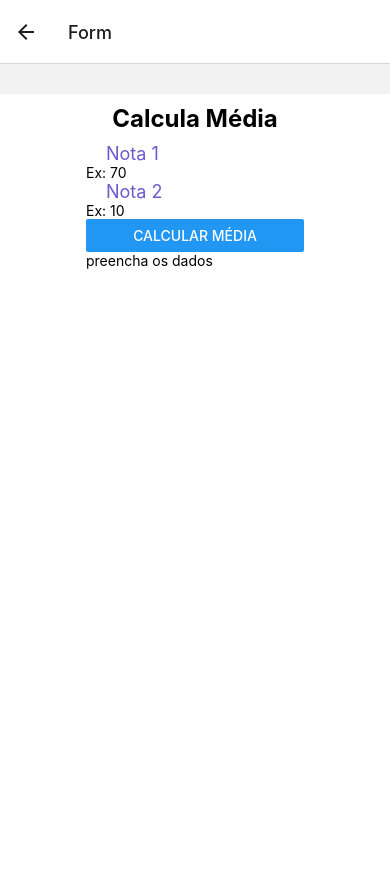
Repository: DS151-UFPR-2023/DS151_Israel-De-Quadros_EX4
Screen: /Form
These files come from the project's save history. The screen is drawn as it stood at one moment and after the next save; the edit follows.
The app was drawn by React Native's web renderer in a window 390 px wide. The project was rebuilt for these pictures with package versions that can differ from the ones it lists, and the page was loaded fresh each time. Also part of the build but not shown: src/components/main/index.js, src/components/novoComponente/index.js, src/components/counterScreen.js, src/components/ColorList.js.

Above is the screen before, as saved 2023-09-08 18:28:50.

### App.js
import { StatusBar } from 'expo-status-bar';
import { StyleSheet, Text, View } from 'react-native';
import Title from './src/components/title';
import Main from './src/components/main';
import Home2 from './src/components/novoComponente';
import { NavigationContainer } from '@react-navigation/native';
import { createStackNavigator } from '@react-navigation/stack';
import HomeScreen from './src/HomeScreen';
import CounterScreen from './src/components/counterScreen';
import Form from './src/components/form';
import ColorList from './src/components/ColorList';

const Stack = createStackNavigator();

export default function App() {
  return (
    <NavigationContainer>
      <Stack.Navigator>
        <Stack.Screen name="Home" component={HomeScreen} />
        <Stack.Screen name="Home2" component={Home2} />
        <Stack.Screen name="CounterScreen" component={CounterScreen} />
        <Stack.Screen name="Form" component={Form} />
        <Stack.Screen name="ColorList" component={ColorList} />
      </Stack.Navigator>
    </NavigationContainer>
  );
}

const styles = StyleSheet.create({
  container: {
    flex: 1,
    backgroundColor: '#999',
    alignItems: 'center',
    justifyContent: 'center',
  },
});

### src/components/title/index.js
import React from "react"
import { View, Text } from "react-native"
import styles from "../style";

export default function Title() {
    return (
        <View style={styles.boxTitle}>
            <Text style={styles.textTitle}>Calcula Média</Text>
        </View>
    );
}

### src/HomeScreen.js
import React from "react";
import { View, Text, StyleSheet, Button } from 'react-native';

function HomeScreen({ navigation }) {
    return (
        <View style={style.mainView}>
            <Text>Home Screen</Text>
            <Button title="Ir para Galeria!"
                onPress={() => navigation.navigate('Home2')}
            />
            <Button title="Ir para Counter!"
                onPress={() => navigation.navigate('CounterScreen')}
            />
            <Button title="Ir para Form!"
                onPress={() => navigation.navigate('Form')}
            />
            <Button title="Ir para ColorList!"
                onPress={() => navigation.navigate('ColorList')}
            />
        </View>
    )
}

export default HomeScreen;

const style = StyleSheet.create({
    mainView: {
        flex: 1,
        alignItems: 'center',
        justifyContent: 'center'
    }
})

### src/components/form/index.js
import { View, Text, TextInput, Button } from "react-native";
import React, { useState } from "react";
import ResultMedia from "../result";
import Title from "../title";
import styles from "../style";

export default function Form() {

    const [media1, setmedia1] = useState(null)
    const [media2, setmedia2] = useState(null)
    const [messagemedia, setMessagemedia] = useState("preencha os dados")
    const [media, setmedia] = useState(null)
    const [textButton, setTextButton] = useState("Calcular")

    function validationmedia() {
        if (media2 != null && media1 != null) {
            mediaCalculator()
            setMessagemedia("seu media eh igual: " +  media + "\nTem que clicar duas vezes\npra atualizar a mensagem hehe")
            setTextButton("Calcular Novamente")
            return
        }
        setmedia(null)
        setTextButton("Calcular")
        setMessagemedia("preencha os dados")
    }

    function mediaCalculator() {
        setMessagemedia("seu media eh igual: " + media)
        return setmedia(((parseFloat(media1) + parseFloat(media2))/2))
    }


    return (
        //conteudo do formulario
        <View style={styles.formContext}>
            <Title/>
            <View>
                <Text style={styles.formLabel}>Nota 1</Text>
                <TextInput onChangeText={setmedia1} value={media1} placeholder="Ex: 70" keyboardType="numeric"></TextInput>
                <Text style={styles.formLabel}>Nota 2</Text>
                <TextInput onChangeText={setmedia2} value={media2}  placeholder="Ex: 10" keyboardType="numeric"></TextInput>
                <Button onPress={() => validationmedia()} title="Calcular Média" />
                <ResultMedia messageResultmedia={messagemedia} resultmedia={media}></ResultMedia>
            </View>
        </View>
    );
}

### src/components/style.js
import { StyleSheet } from "react-native";

const styles = StyleSheet.create({
    boxTitle: {
        alignItems: "center",
        justifyContent: "center",
        padding: 10,
    },
    textTitle: {
        color: "FF0043",
        fontSize: 24,
        fontWeight: "bold",
    },
    formContext: {
        width: "100%",
        height: "100%",
        bottom: 0,
        backgroundColor: "white",
        alignItems: "center",
        marginTop: 30,
    },
    formLabel: {
        color: "#6A5ACD",
        fontSize: 18,
        paddingLeft: 20,
    },
    input: {
        backgroundColor: "#7FFFD4",
        width: "90%",
        height: 40,
        margin: 12,
        borderRadius: 50,
        paddingLeft: 10,
        textAlign: 'center',
    },

});

export default styles;

### src/components/result/index.js
import { View, Text} from "react-native";
import React, { useState } from "react";

export default function ResultMedia(props) {
    return (
        <View>
            <Text>{props.resultmedia}</Text>
            <Text>{props.messageResultmedia}</Text>
        </View>
    );
}

After the next save:
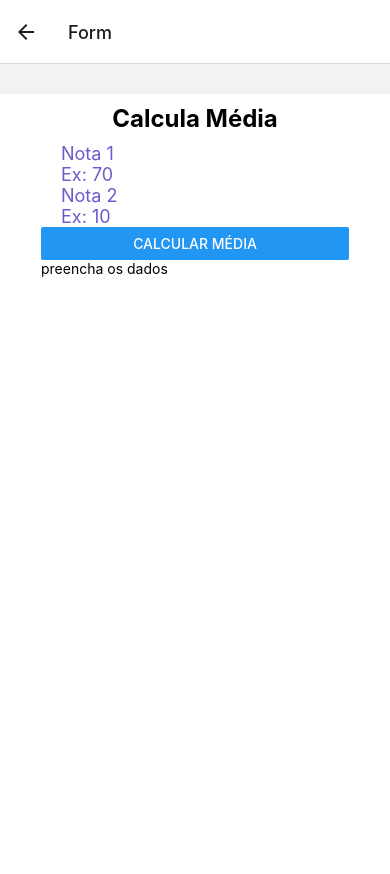
Saved 20 s later.
--- a/src/components/form/index.js
+++ b/src/components/form/index.js
@@ -36,9 +36,9 @@ export default function Form() {
             <Title/>
             <View>
                 <Text style={styles.formLabel}>Nota 1</Text>
-                <TextInput onChangeText={setmedia1} value={media1} placeholder="Ex: 70" keyboardType="numeric"></TextInput>
+                <TextInput style={styles.formLabel} onChangeText={setmedia1} value={media1} placeholder="Ex: 70" keyboardType="numeric"></TextInput>
                 <Text style={styles.formLabel}>Nota 2</Text>
-                <TextInput onChangeText={setmedia2} value={media2}  placeholder="Ex: 10" keyboardType="numeric"></TextInput>
+                <TextInput style={styles.formLabel} onChangeText={setmedia2} value={media2}  placeholder="Ex: 10" keyboardType="numeric"></TextInput>
                 <Button onPress={() => validationmedia()} title="Calcular Média" />
                 <ResultMedia messageResultmedia={messagemedia} resultmedia={media}></ResultMedia>
             </View>
